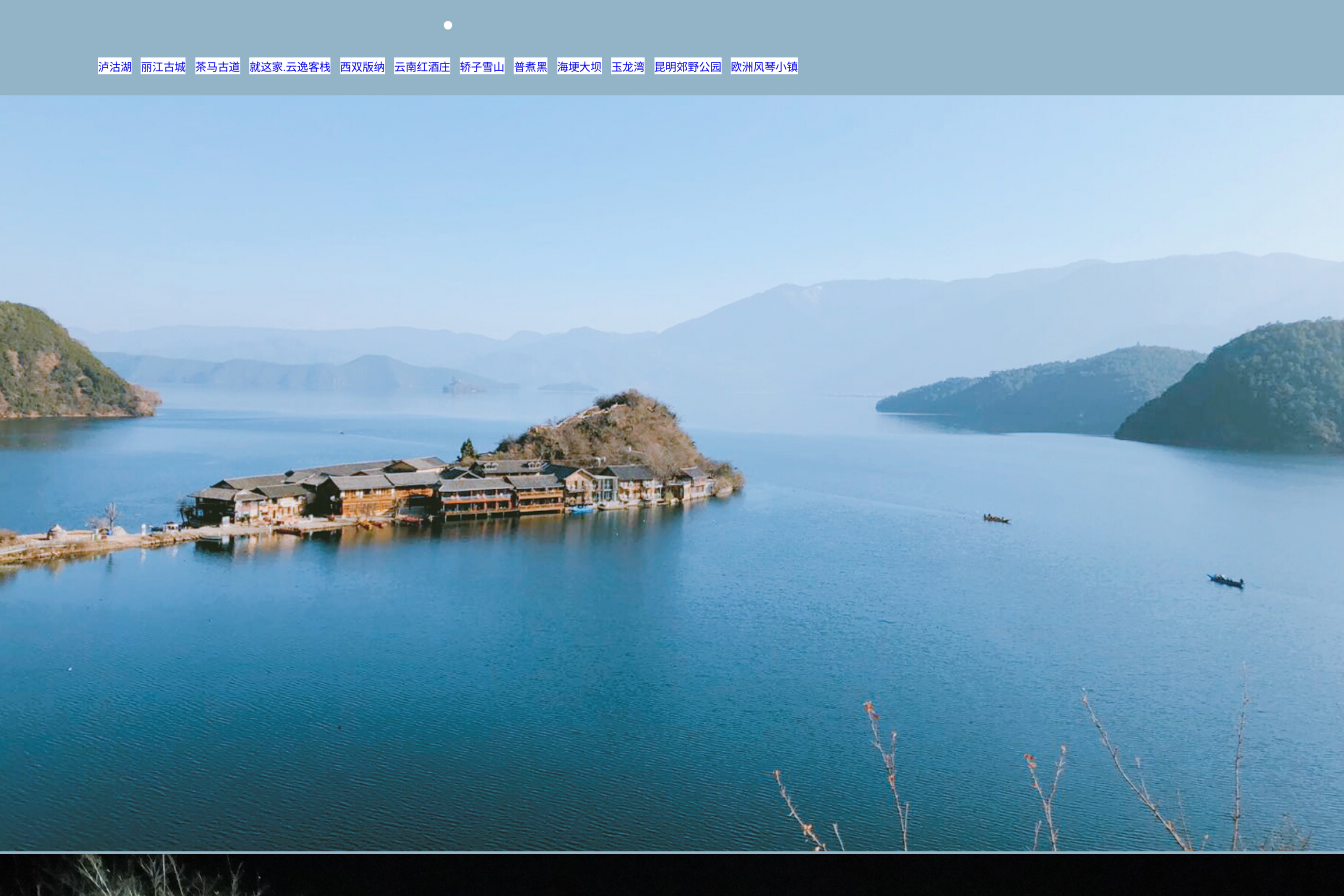
Repository: zhenzhen-gong/-jQuerydemo
Page: index.html
An editor plug-in stored every save of this project. The page is shown before and after the next save, followed by the edit.
The browser window is 1280 px wide. The page is 1920 px wide, so the pictures cover 1920 px, including what lies to the right of the window. The pictures show the part of the page from y = 0 to 1280 px (the page is 13144 px tall), at 70% of full size.

Above is the page before, as saved 2020-06-05 11:25:11.

After the next save:
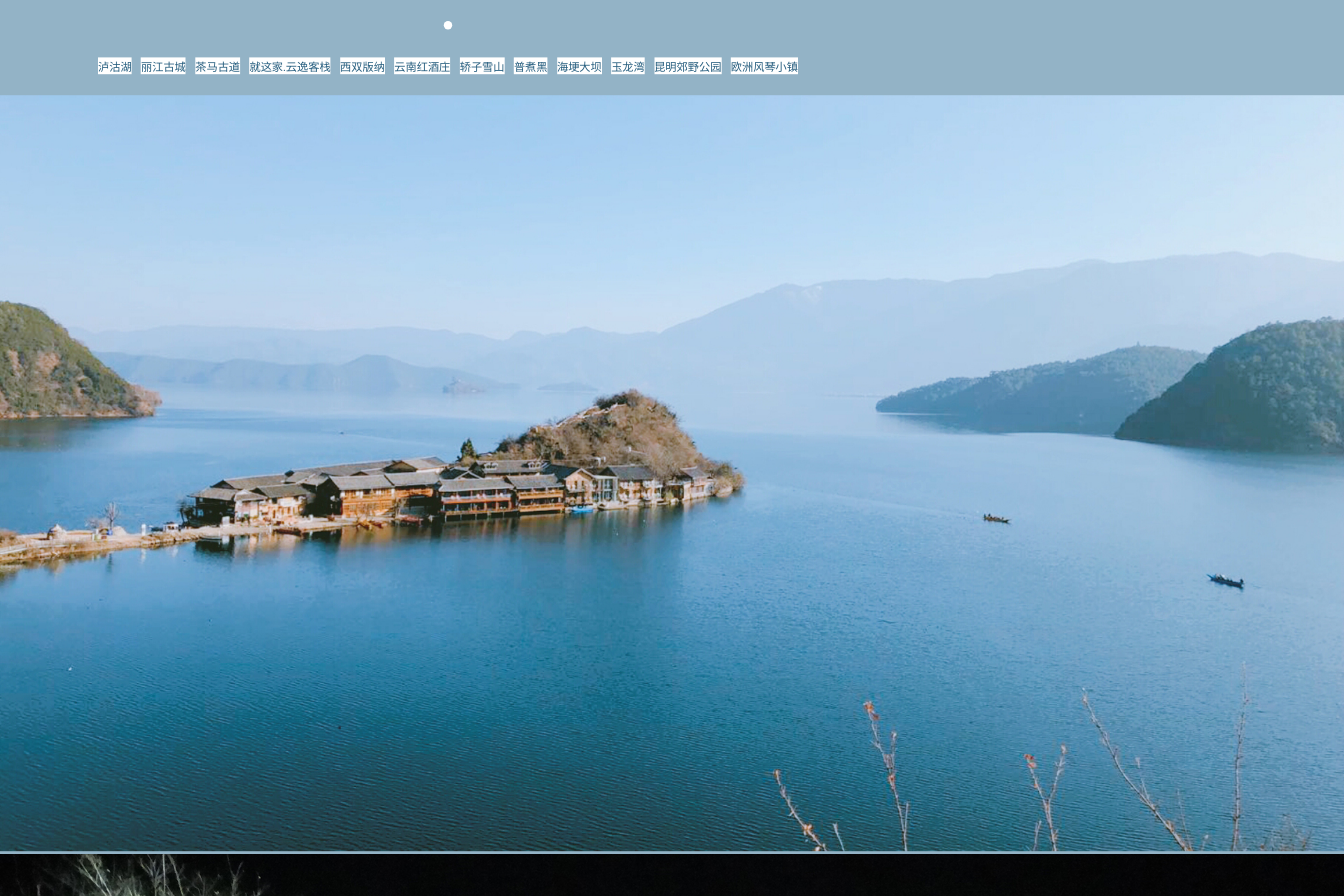
Saved 37 s later.
--- a/style.css
+++ b/style.css
@@ -21,4 +21,5 @@ nav{
 nav a{
     text-decoration: none;
     background-color: white;
+    color: #255d7e
 }
